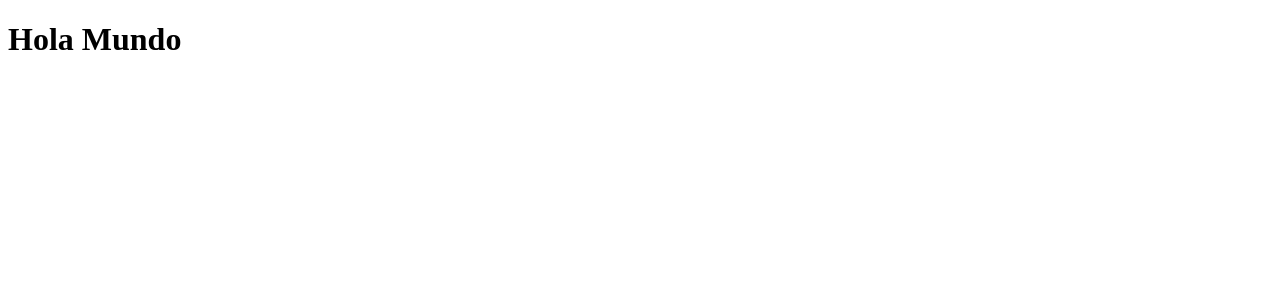
Repository: SanalbuDev1/JavaEE_PL
Page: http://localhost/HolaMundo/
The author's editor kept a copy of each file at every save. The page is drawn from the files as they stood at one save, then again after the next save.
The browser window is 1280 px wide. The pictures show the whole page.
The page is served by Tomcat 9. Other server files are loaded and not shown.

Above is the page before, as saved 2020-07-17 23:41:13.

### HolaMundo/WebContent/index.jsp
<%@ page language="java" contentType="text/html; charset=ISO-8859-1"
    pageEncoding="ISO-8859-1"%>
<!DOCTYPE html PUBLIC "-//W3C//DTD HTML 4.01 Transitional//EN" "http://www.w3.org/TR/html4/loose.dtd">
<html>
<head>
<meta http-equiv="Content-Type" content="text/html; charset=ISO-8859-1">
<title>Insert title here</title>
</head>
<body>
	<h1>Hola Mundo</h1>
</body>
</html>

After the next save:
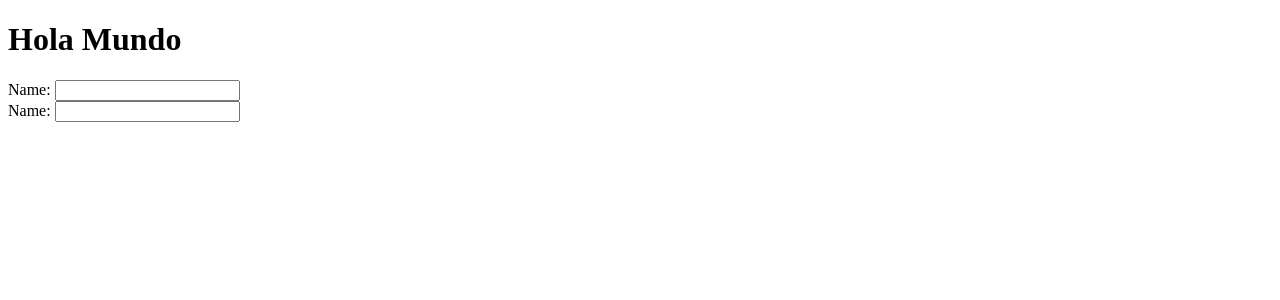
Saved 10 min 30 s later.
--- a/HolaMundo/WebContent/index.jsp
+++ b/HolaMundo/WebContent/index.jsp
@@ -1,5 +1,5 @@
 <%@ page language="java" contentType="text/html; charset=ISO-8859-1"
-    pageEncoding="ISO-8859-1"%>
+	pageEncoding="ISO-8859-1"%>
 <!DOCTYPE html PUBLIC "-//W3C//DTD HTML 4.01 Transitional//EN" "http://www.w3.org/TR/html4/loose.dtd">
 <html>
 <head>
@@ -8,5 +8,11 @@
 </head>
 <body>
 	<h1>Hola Mundo</h1>
+
+	<form action="login" method="post">
+		<label>Name:</label> <input type="text" name="name"> <br>
+		<label>Name:</label> <input type="text" name="name">
+
+	</form>
 </body>
 </html>
